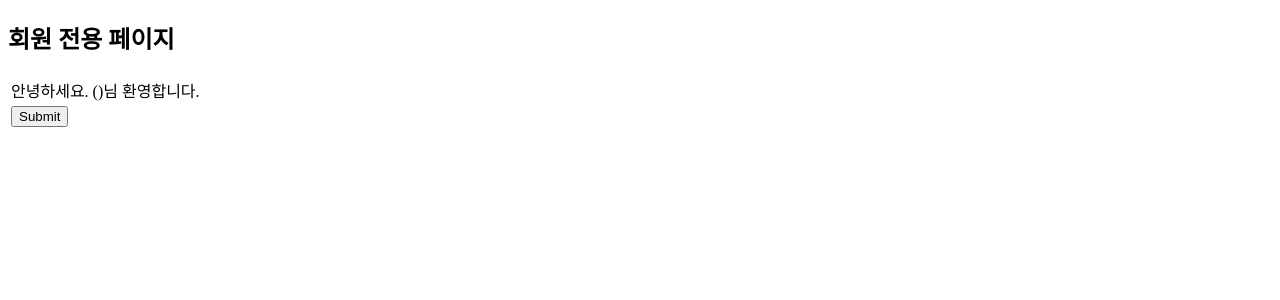
Repository: totesbk/JSP-
Page: http://localhost/web09/main.jsp
The author's editor kept a copy of each file at every save. The page is drawn from the files as they stood at one save, then again after the next save.
The browser window is 1280 px wide. The pictures show the whole page.
The page is served by Tomcat 9. Other server files are loaded and not shown.

Above is the page before, as saved 2020-10-13 07:00:41.

### web09/WebContent/main.jsp
<%@ page language="java" contentType="text/html; charset=UTF-8"
    pageEncoding="UTF-8"%>
<!DOCTYPE html>
<html>
<head>
<meta charset="UTF-8">
<title>Insert title here</title>
</head>
<body>
<h2>회원 전용 페이지</h2>
<form action="">
	<table>
		<tr>
			<td>안녕하세요. ${loginUser.name}(${loginUser.userid})님 환영합니다.</td>
		</tr>
		<tr>
			<td>
				<input type="submit" valye="로그아웃">
			</td>
		</tr>
	</table>
</form>
</body>
</html>

After the next save:
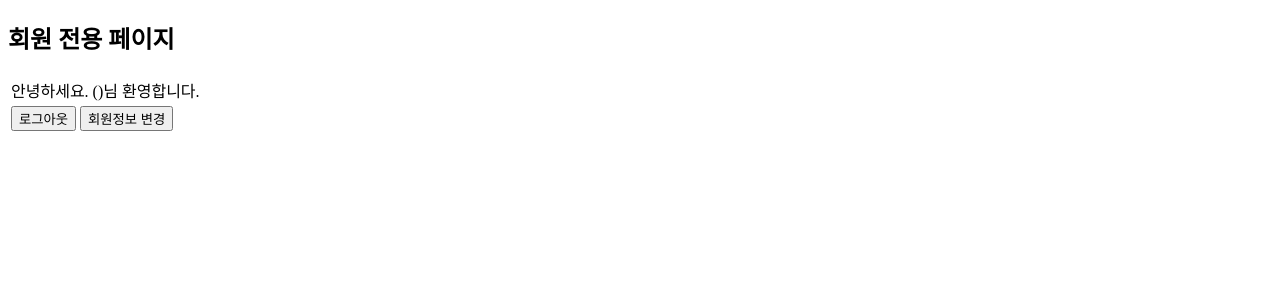
Saved 94 s later.
--- a/web09/WebContent/main.jsp
+++ b/web09/WebContent/main.jsp
@@ -4,18 +4,20 @@
 <html>
 <head>
 <meta charset="UTF-8">
-<title>Insert title here</title>
+<title>회원 전용 페이지</title>
 </head>
 <body>
 <h2>회원 전용 페이지</h2>
-<form action="">
+<form action="logout.do">
 	<table>
 		<tr>
 			<td>안녕하세요. ${loginUser.name}(${loginUser.userid})님 환영합니다.</td>
 		</tr>
 		<tr>
 			<td>
-				<input type="submit" valye="로그아웃">
+				<input type="submit" value="로그아웃">
+				<input type="button" value="회원정보 변경" onclick="">
+
 			</td>
 		</tr>
 	</table>
